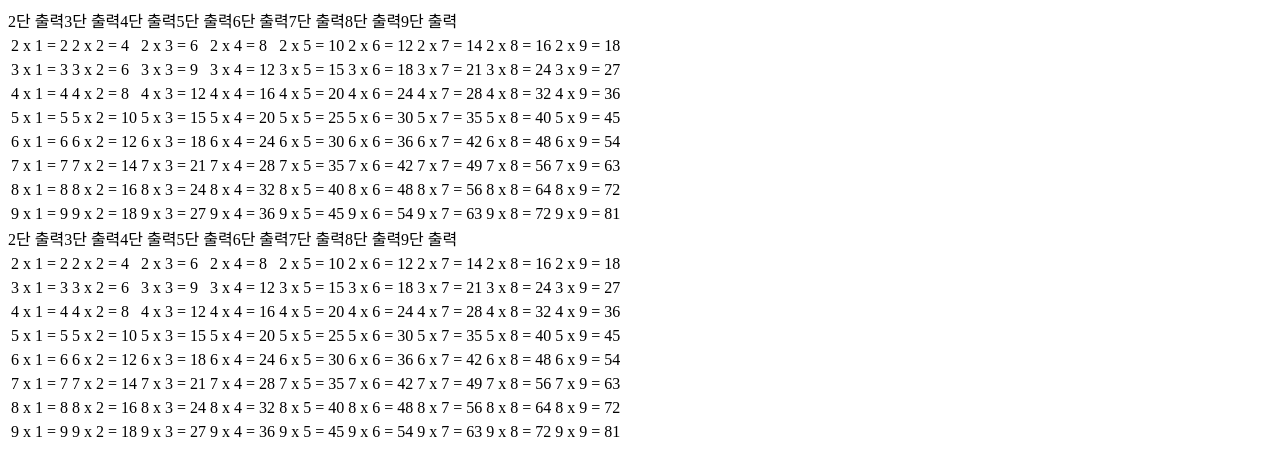
Repository: carnelli95/workspace_JSP
Page: http://localhost/MustHaveJSP/Mission/Gugudan1.jsp
An editor plug-in stored every save of this project. The page is shown before and after the next save, followed by the edit.
The browser window is 1280 px wide. The pictures show the whole page.
The page is served by Tomcat 9.

Above is the page before, as saved 2025-09-22 08:20:46.

After the next save:
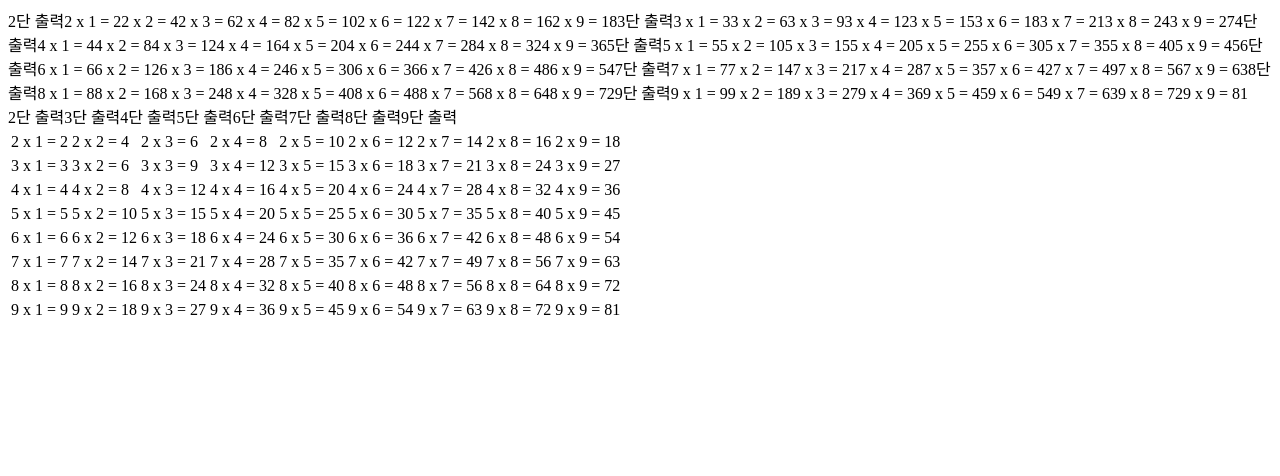
Saved 9 s later.
--- a/MustHaveJSP/src/main/webapp/Mission/Gugudan1.jsp
+++ b/MustHaveJSP/src/main/webapp/Mission/Gugudan1.jsp
@@ -17,7 +17,7 @@
 
 		out.println("<tr>" + i + "단 출력</tr>");
 		for(int j = 1; j <= 9; j++) {
-			out.print("<td>" + i + " x " + j  + " = " + i * j + "</td>");
+			out.print("<tr>" + i + " x " + j  + " = " + i * j + "</tr>");
 		}
 	}
 %>
